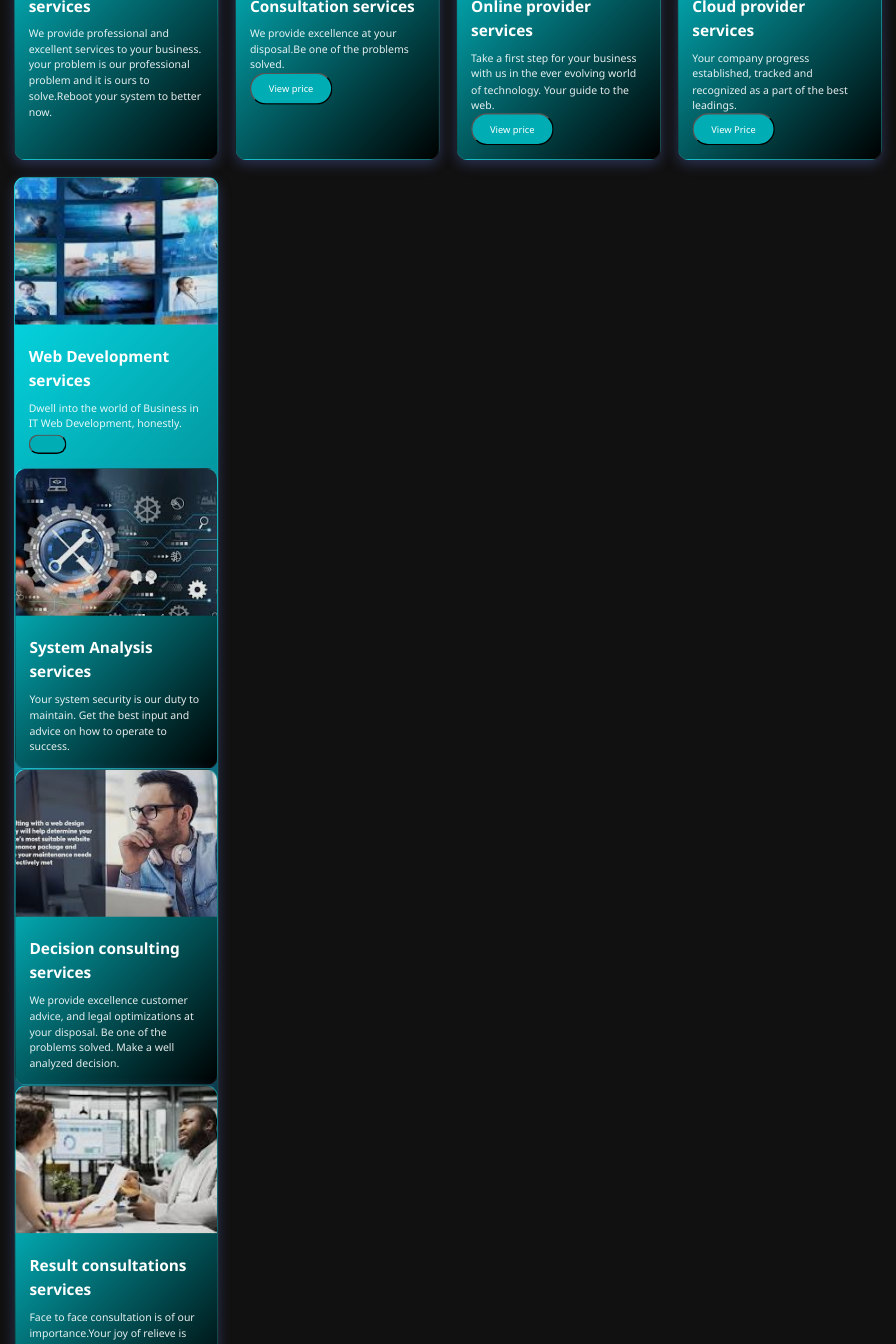
Repository: za569/WEDE5020-HTML-CSS-JavaScript-Zanda-Rubuxa-PART-3
Page: services.html
These files come from the project's save history. The page is drawn as it stood at one moment and after the next save; the edit follows.
The browser window is 1280 px wide. The pictures show the part of the page from y = 442 to 2362 px (the page is 4411 px tall before and 3111 px after), at 70% of full size.

Above is the page before, as saved 2026-06-03 12:40:49.
Console error: TypeError: document.getElementsById is not a function

After the next save:
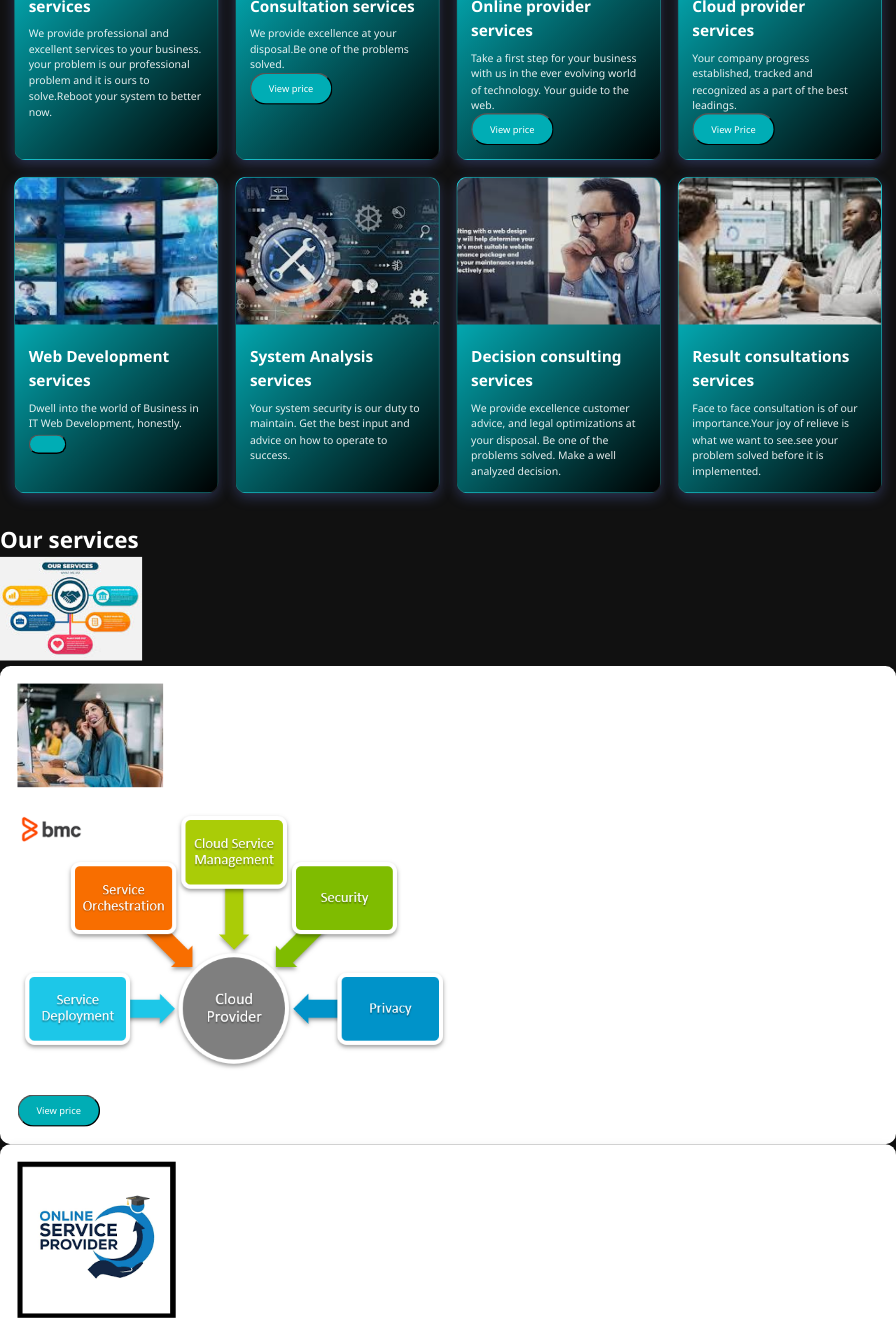
Saved 6 s later.
--- a/services.html
+++ b/services.html
@@ -55,7 +55,7 @@
             <div class="service-card-content">
                 <h3>Web Development services</h3>
                 <p>Dwell into the world of Business in IT Web Development, honestly.</p>
-                <button class="btn price-btn" data-price="R4000"
+                <button class="btn price-btn" data-price="R4000"></button>
             </div>
         </div>
 
